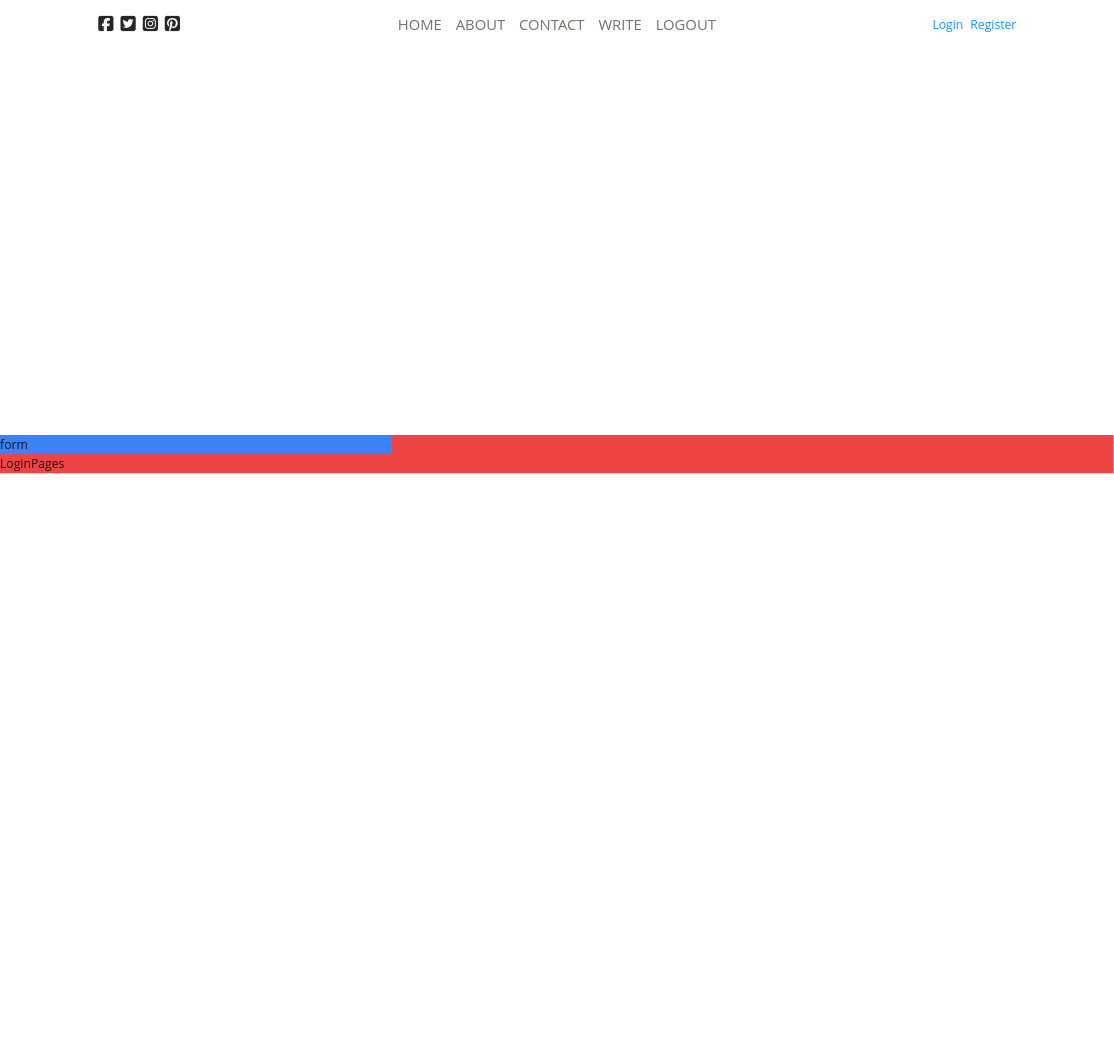
Repository: truongnguyenuit/Blog_App_ver2
Page: /login (app in client/)
The author's editor kept a copy of each file at every save. The page is drawn from the files as they stood at one save, then again after the next save.
The browser window is 1280 px wide. The pictures show the whole page, at 87% of full size.
Some web libraries are served in a nearby version. The project was rebuilt for these pictures with package versions that can differ from the ones it lists, and the page was loaded fresh each time. Also part of the build but not shown: client/src/components/AboutComponent.js, client/src/pages/HomePage.js, client/src/pages/RegisterPage.js.

Above is the page before, as saved 2022-07-18 11:13:31.

### client/public/index.html
<!DOCTYPE html>
<html lang="en">
  <head>

    <meta charset="utf-8" />
    <meta name="viewport" content="width=device-width, initial-scale=1" />
    <meta
      name="description"
      content="Web site created using create-react-app"
    />
    <style>
      *{
        font-family: 'Open Sans', sans-serif;
        margin: 0;
      }
    </style>
    <script src="https://kit.fontawesome.com/cd2089affa.js" crossorigin="anonymous"></script>
    <title>Blog App</title>

  </head>
  <body>

    <noscript>You need to enable JavaScript to run this app.</noscript>
    <div id="root"></div>

  </body>
</html>

### client/src/index.js
import React from 'react';
import ReactDOM from 'react-dom/client';
import './index.css';
import App from './App';
import 'antd/dist/antd.min.css'


const root = ReactDOM.createRoot(document.getElementById('root'));
root.render(
  <React.StrictMode>
    <App />
  </React.StrictMode>
);

### client/src/App.js
import { BrowserRouter, Route, Routes } from "react-router-dom";
import { configRouter } from './router/configRouter';
import NavbarComponent from './components/NavbarComponent';
function App() {
  return (
    <div>
      <BrowserRouter>
        <div className="fixed top-0 left-0 right-0 z-10">
          <NavbarComponent />
        </div>
        <div className="mt-[50px]"></div>
        <Routes>
          {configRouter.map((item, index) => {
            return (
              <Route
                key={index}
                path={item.path}
                element={item.page}
              />
            );
          })}

        </Routes>

      </BrowserRouter>
    </div>
  );
}

export default App;

### client/src/router/configRouter.js
import HomePage from "../pages/HomePage";
import LoginPage from "../pages/LoginPage";
import RegisterPage from "../pages/RegisterPage";
import { pathName } from "./pathName";

export const configRouter=[
  {
    path: pathName.home,
    page: <HomePage/>,
  },
  {
    path: pathName.login,
    page: <LoginPage/>,
  },
  {
    path: pathName.register,
    page: <RegisterPage/>
  }
]

### client/src/components/NavbarComponent.js
import React from 'react'
import { Link } from "react-router-dom";
import { Row, Col } from "antd"
import { pathName } from '../router/pathName';

const NavigateRouter = [
  {
    path: "",
    name: "HOME",
  },
  {
    path: "",
    name: "ABOUT",
  },
  {
    path: "",
    name: "CONTACT",
  },
  {
    path: "",
    name: "WRITE",
  },
  {
    path: "",
    name: "LOGOUT",
  },
];

const NavbarComponent = () => {
  return (
    <div className="bg-white">
      <Row >

        <Col span={6} className="h-14">
          <div className="flex justify-center items-center text-[20px] gap-2 h-14">
            <i className="fa-brands fa-facebook-square cursor-pointer"></i>
            <i className="fa-brands fa-twitter-square cursor-pointer"></i>
            <i className="fa-brands fa-instagram-square cursor-pointer"></i>
            <i className="fa-brands fa-pinterest-square cursor-pointer"></i>
          </div>
        </Col>

        <Col span={12} className="h-14">
          <nav>
            <ul className="flex justify-center items-center text-[17px] gap-4 h-14">
              {NavigateRouter.map((item, index) => {
                return (
                  <li key={index}>
                    <Link to={item.path} className="text-stone-500 hover:text-stone-400">
                      {item.name}
                    </Link>
                  </li>
                );

              })}
            </ul>
          </nav>
        </Col>

        <Col span={6} className="h-14">
          <div className="flex justify-center items-center gap-2 h-14">
            <Link to={pathName.login}>
              Login
            </Link>
            <Link to={pathName.register}>
              Register
            </Link>
          </div>
        </Col>

      </Row>
    </div>
  )
}

export default NavbarComponent

### client/src/pages/LoginPage.js
import React from 'react'

const LoginPage = () => {
  return (
    <div className='bg-red-500  mt-[500px]'>
      <div className="bg-blue-500 w-[450px]">
        form
      </div>
      LoginPages
    </div>
  )
}

export default LoginPage

### client/src/router/pathName.js
export const pathName = {
  home: "/",

  login: "/login",
  register: "/register",

}

### client/tailwind.config.js
/** @type {import('tailwindcss').Config} */
module.exports = {
  content: ["./src/**/*.{html,js,jsx,ts}"],
  theme: {
    extend: {},
  },
  plugins: [],
}

Loaded but not shown: client/src/index.css (common file)

After the next save:
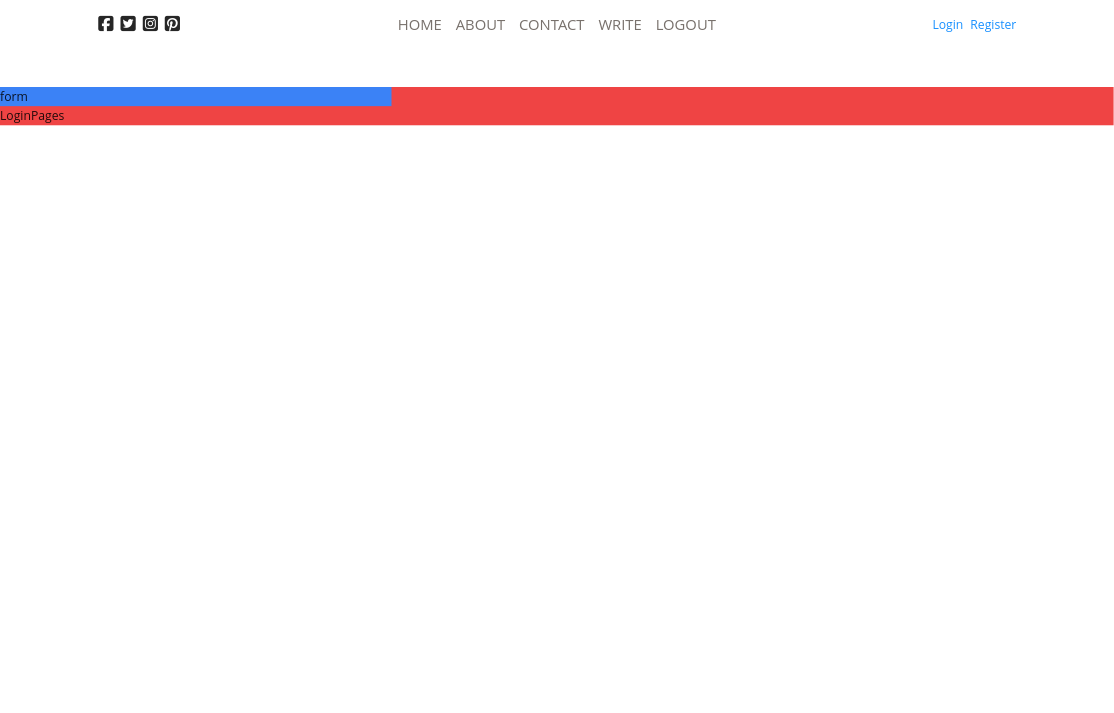
Saved 5 s later.
--- a/client/src/pages/LoginPage.js
+++ b/client/src/pages/LoginPage.js
@@ -2,7 +2,7 @@ import React from 'react'
 
 const LoginPage = () => {
   return (
-    <div className='bg-red-500  mt-[500px]'>
+    <div className='bg-red-500  mt-[100px]'>
       <div className="bg-blue-500 w-[450px]">
         form
       </div>
